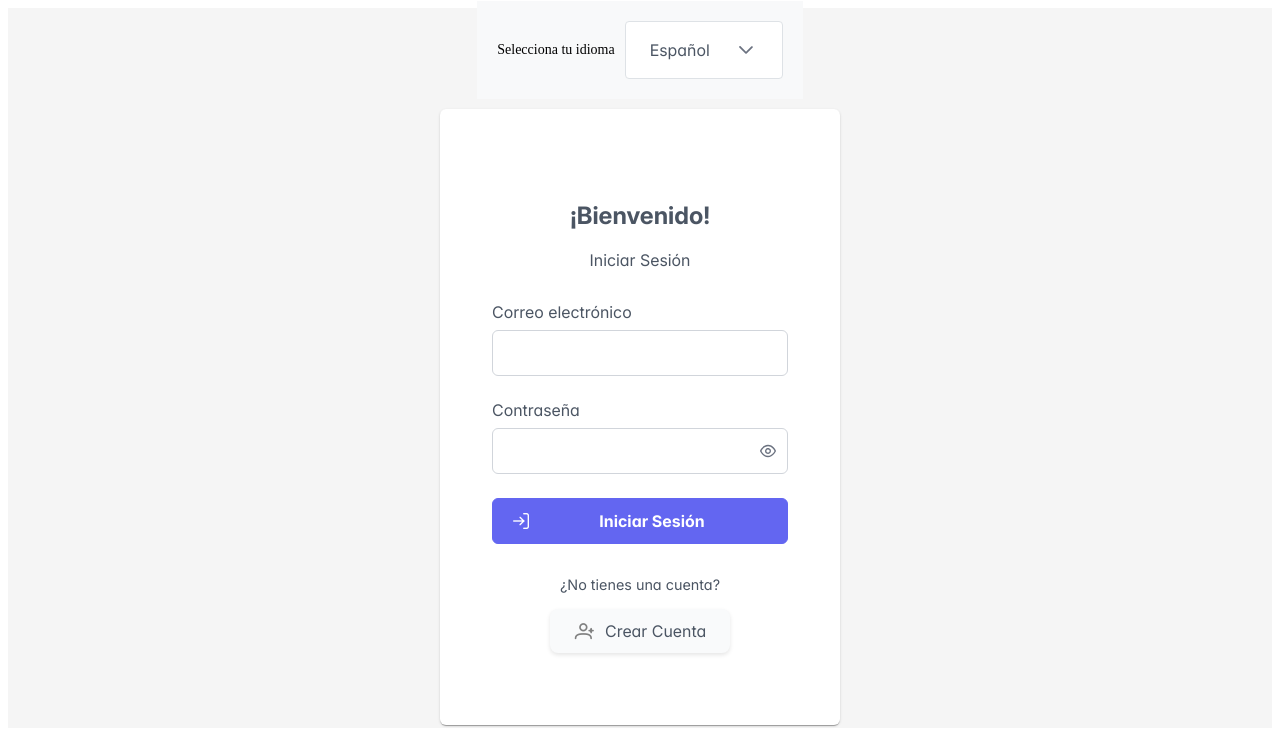
Repository: nder1996/Info_Colombia
Page: / (app in fronted/gestion-tareas/)
The author's editor kept a copy of each file at every save. The page is drawn from the files as they stood at one save, then again after a run of saves.
The browser window is 1280 px wide. The pictures show the whole page.
The project was rebuilt for these pictures with package versions that can differ from the ones it lists, and the page was loaded fresh each time. Also part of the build but not shown: fronted/gestion-tareas/src/routes/ProtectedRoute.tsx, fronted/gestion-tareas/src/components/gestion-tareas/GestionTareas.css, fronted/gestion-tareas/src/services/GestionTareasService.ts, fronted/gestion-tareas/src/services/SummaryServices.ts, fronted/gestion-tareas/src/services/UsuarioService.ts, fronted/gestion-tareas/src/services/WebSocketService.ts, fronted/gestion-tareas/src/hooks/useNotifications.ts, fronted/gestion-tareas/src/components/gestion-tareas/GestionTareas.tsx and 1 more.

Above is the page before, as saved 2025-02-24 03:09:34.

### fronted/gestion-tareas/src/index.css
.App {
  display: flex;
  justify-content: center;
  align-items: center;
  height: 100vh !important;
  width: 100% !important;
  background-color: #f5f5f5;
  padding: 0 !important;
  /*border:1px solid red !important;*/
  /* You can add more styles as needed */
}

### fronted/gestion-tareas/src/App.tsx
import React, { useRef } from 'react';
import { BrowserRouter } from 'react-router-dom';
import './App.css';
import AppRoutes from './routes/AppRoutes';
import useAuthStore from './store/auth/useAuthStore';
import './services/InterceptorAuth';
import { ToastProvider } from './context/ToastContext';

import "primereact/resources/themes/lara-light-indigo/theme.css";
import "primereact/resources/primereact.min.css";
import "primeicons/primeicons.css";
import { LanguageProvider } from './context/LanguageContext';



function App() {
  const auth = useAuthStore((state) => state.Auth)
  return (
    <ToastProvider>
      <LanguageProvider>
        <div className="App">
          <BrowserRouter>
            <AppRoutes />
          </BrowserRouter>
        </div>
      </LanguageProvider>
    </ToastProvider>
  );
}

export default App;

### fronted/gestion-tareas/src/App.css
@import "primereact/resources/themes/lara-light-indigo/theme.css";
@import "primereact/resources/primereact.min.css";
@import "primeicons/primeicons.css";

### fronted/gestion-tareas/src/routes/AppRoutes.tsx
import React from "react";
import { Routes, Route, Navigate } from "react-router-dom";
import ProtectedRoute from "./ProtectedRoute";
import useAuthStore from "../store/auth/useAuthStore";
import GestionTareas from "src/components/gestion-tareas/GestionTareas";
import InicioSession from "src/components/InicioSession/InicioSession";
import Registrarse from "src/components/Registrarse/Registrarse";

const AppRoutes: React.FC = () => {
  const auth = useAuthStore((state) => state.Auth);

  return (
    <Routes>
      <Route path="/login" element={<InicioSession />} />
      <Route path="/Registro" element={<Registrarse />} />

      {/* Agrupar rutas protegidas dentro de ProtectedRoute */}
      <Route element={<ProtectedRoute />}>
        <Route path="/GestionTareas" element={<GestionTareas />} />
      </Route>

      {/* Redirigir a login si no hay ruta válida */}

       <Route path="*" element={<Navigate to={auth.isAuthenticated ? "/GestionTareas" : "/login"} replace />} />
    </Routes>
  );
};

export default AppRoutes;

### fronted/gestion-tareas/src/store/auth/useAuthStore.ts
import { AuthService } from 'src/services/AuthService';
import { create } from 'zustand'

type AuthState = { Auth: { token: string | null ; isAuthenticated: boolean |null ; username:string | null } }

type AuthStateStoreActions = {
  setAuth: (nextAuth: AuthState['Auth']) => void
}

type AuthStore = AuthState & AuthStateStoreActions;

const useAuthStore = create<AuthStore>()((set) => ({
  Auth: AuthService.getInfoSession() || {
    token: null,
    isAuthenticated: false,
    username: null
  },
  setAuth: (nextAuth) => set({ Auth: nextAuth })
}));

export default useAuthStore;




//export default useAuthStore;

### fronted/gestion-tareas/src/services/InterceptorAuth.ts
import axios from 'axios';
import { AuthService } from './AuthService';

const InterceptorAuth = {
  usuario: axios.create({
    baseURL: 'http://localhost:8700/api/usuario'
  }),
  summary: axios.create({
    baseURL: 'http://localhost:8700/api/summary/'
  }),
  tarea: axios.create({
    baseURL: 'http://localhost:8700/api/tarea/'
  })
};

Object.values(InterceptorAuth).forEach(api => {
  api.interceptors.request.use(
    (config) => {
      const token = AuthService.getToken()?.replace(/"/g, '');
      if (token) {
        config.headers.Authorization = `Bearer ${token}`;
      }
      //console.log("se le agrego el token a la peticion: " + config.url+"  token "+config.headers.Authorization);
      return config;
    },
    (error) => Promise.reject(error)
  );

  api.interceptors.response.use(
    (response) => response,
    (error) => {
      if (error.response?.status !== 200 && error.response?.status !== 201) {
        AuthService.logout();
        window.location.href = '/login';
      }
      return Promise.reject(error);
    }
  );
});

export default InterceptorAuth;

### fronted/gestion-tareas/src/context/ToastContext.tsx
import { createContext, useContext, useRef } from 'react';
import { Toast } from 'primereact/toast';


interface ToastService {
    mostrarExito: (titulo: string, detalle?: string) => void;
    mostrarError: (titulo: string, detalle?: string) => void;
    mostrarInfo: (titulo: string, detalle?: string) => void;
    mostrarAdvertencia: (titulo: string, detalle?: string) => void;
}

const ToastContext = createContext<ToastService>({} as ToastService);

export const ToastProvider = ({ children }: { children: React.ReactNode }) => {
    const toast = useRef<Toast>(null);

    const mostrarExito = (titulo: string, detalle?: string) => {
        toast.current?.show({
            severity: 'success',
            summary: titulo,
            detail: detalle,
            life: 3000
        });
    };

    const mostrarError = (titulo: string, detalle?: string) => {
        toast.current?.show({
            severity: 'error',
            summary: titulo,
            detail: detalle,
            life: 5000
        });
    };

    const mostrarInfo = (titulo: string, detalle?: string) => {
        toast.current?.show({
            severity: 'info',
            summary: titulo,
            detail: detalle,
            life: 3000
        });
    };

    const mostrarAdvertencia = (titulo: string, detalle?: string) => {
        toast.current?.show({
            severity: 'warn',
            summary: titulo,
            detail: detalle,
            life: 4000
        });
    };

    return (
        <ToastContext.Provider value={{ mostrarExito, mostrarError, mostrarInfo, mostrarAdvertencia }}>
            <Toast ref={toast} position="top-right" />
            {children}
        </ToastContext.Provider>
    );
};

export const useToast = () => useContext(ToastContext);

### fronted/gestion-tareas/src/context/LanguageContext.tsx
import React, { createContext, useContext, useState } from 'react';
import { traducciones } from 'src/i18n/traducciones';
import { Language, ITranslations } from 'src/i18n/types';

interface LanguageContextType {
  language: Language;
  t: ITranslations;
  changeLanguage: (lang: Language) => void;
}

const LanguageContext = createContext<LanguageContextType>({} as LanguageContextType);

export const LanguageProvider = ({ children }: { children: React.ReactNode }) => {
  const [language, setLanguage] = useState<Language>('es');

  const changeLanguage = (lang: Language) => {
    setLanguage(lang);
  };

  const value = {
    language,
    t: traducciones[language],
    changeLanguage
  };

  return (
    <LanguageContext.Provider value={value}>
      {children}
    </LanguageContext.Provider>
  );
};



export const useLanguage = () => {
  const context = useContext(LanguageContext);
  if (!context) {
    throw new Error('useLanguage must be used within a LanguageProvider');
  }
  return context;
};

### fronted/gestion-tareas/src/components/InicioSession/InicioSession.tsx
import React, { useRef, useState } from 'react';
import './InicioSession.css';
import 'primereact/resources/themes/saga-blue/theme.css';
import 'primereact/resources/primereact.min.css';
import 'primeicons/primeicons.css';


import { Card } from 'primereact/card';
import { InputText } from 'primereact/inputtext';
import { Button } from 'primereact/button';
import { Toast } from 'primereact/toast';
import { useForm } from 'react-hook-form';
import { yupResolver } from '@hookform/resolvers/yup';
import * as yup from 'yup';
import { SesionServices } from 'src/services/SesionServices';
import useAuthStore from 'src/store/auth/useAuthStore';
import { Navigate, useNavigate } from 'react-router-dom';
import { setTimeout } from 'timers/promises';
import { AuthService } from 'src/services/AuthService';
import { Divider } from 'primereact/divider';
import { Password } from 'primereact/password';
import { useToast } from 'src/context/ToastContext';
import NavbarIdioma from '../navbar-idioma/navbar-idioma';
import { useLanguage } from 'src/context/LanguageContext';
import { traducciones } from 'src/i18n/traducciones';
import { Language } from 'src/i18n/types';



interface FormInputs {
  username: string;
  password: string;
}


const createValidationSchema = (t: typeof traducciones, language: Language) => yup.object({
  username: yup
    .string()
    .required(t[language].autenticacion.emailRequerido)
    .email(t[language].autenticacion.emailValido),
  password: yup
    .string()
    .required(t[language].autenticacion.contrasenaRequerida)
});

const InicioSession = () => {
  const [isLoading, setIsLoading] = useState(false);
  const setUseAuthState = useAuthStore((state) => state.setAuth);
  const Auth = useAuthStore((state) => state.Auth);
  const navigate = useNavigate();
  const { mostrarExito, mostrarError } = useToast();
  const { language } = useLanguage();
  const texts = traducciones[language].autenticacion;
  const schema = createValidationSchema(traducciones, language);

  const { register, handleSubmit, formState: { errors } } = useForm<FormInputs>({
    resolver: yupResolver(schema)
  });

  const onSubmit = async (data: FormInputs) => {
    try {
      setIsLoading(true);
      await SesionServices.login(data.username, data.password);
      const token = AuthService.getToken();
      if (!token || token.trim() === "") {
        mostrarError('Error', 'Usuario o contraseña inválidos');
        return;
      }
      setIsLoading(false);
      setUseAuthState({
        token: token,
        isAuthenticated: true,
        username: data.username
      });
      mostrarExito('¡Bienvenido!', `Bienvenido ${data.username}`);
    } catch (error: any) {
      mostrarError('Error', 'Error al procesar el inicio de sesión');
    }
  };



  if (Auth.isAuthenticated) {
    return <Navigate to="/GestionTareas" />;
  }

  function setValue(arg0: string, value: string): void {
    throw new Error('Function not implemented.');
  }

  return (
    <div className="login-container">
      <NavbarIdioma></NavbarIdioma>
      <Card className="login-card">
        <div className="login-header">
        <h2>{texts.bienvenido}</h2>
        <p>{texts.iniciarSesion}</p>
        </div>
        <form onSubmit={handleSubmit(onSubmit)} className="p-fluid form-inicio">
          <div className="field">
            <label>{texts.correo}</label>
            <InputText
              {...register('username')}
              className={errors.username ? 'p-invalid' : ''}
              onChange={(e) => setValue('username', e.target.value)}
            />
            {errors.username && (
              <p className="p-error">{errors.username.message}</p>
            )}
          </div>

          <div className="field">
            <label>{texts.contrasena}</label>
            <Password
              {...register('password')}
              className={errors.password ? 'p-invalid' : ''}
              onChange={(e) => setValue('password', e.target.value)}
              feedback={false}
              toggleMask
            />
              {errors.password && (
              <small className="p-error">{errors.password.message}</small>
            )}
          </div>
          <Button
            type="submit"
            label={isLoading ? 'Iniciando sesión...' : 'Iniciar Sesión'}
            icon={isLoading ? 'pi pi-spinner pi-spin' : 'pi pi-sign-in'}
          />
        </form>
        <div className="register-section">
          <p className="register-text">{texts.noTienesCuenta}</p>
          <a className="register-link" onClick={() => navigate('/registro')}>
            <i className="pi pi-user-plus register-icon" />
            <span>{texts.crearCuenta}</span>
          </a>
        </div>
      </Card>

    </div>
  );
};

export default InicioSession;

### fronted/gestion-tareas/src/services/AuthService.ts
import useAuthStore from 'src/store/auth/useAuthStore';
import { create } from 'zustand';
import { LocalStarogeService } from './LocalStorageService';



export interface AuthData {
  token: string | null;
  isAuthenticated: boolean | null;
  username: string | null;
}


 export class AuthService {

  static saveToken(auth: AuthData) {
    LocalStarogeService.save('authToken', JSON.stringify(auth));
  }

  static getToken(): string {
    const authData = JSON.parse(LocalStarogeService.get('authToken') || "") ;
    return authData.token || '';
  }

  static getInfoSession(): AuthData {
    try {
      const session = LocalStarogeService.get('authToken');
      if (!session || typeof session !== 'string') {
        return { token: '', isAuthenticated: false, username: '' };
      }
      const parsed = JSON.parse(session) as AuthData;
      return parsed;
    } catch {
      return { token: '', isAuthenticated: false, username: '' };
    }
  }
  static isAuthenticated(): boolean {
    return !!this.getToken();
  }

  static logout(): void {
    localStorage.removeItem('authToken');
    //useAuthStore.getState().clearAuth();
  }

  static getAuthHeader() {
    const token = this.getToken()?.replace(/"/g, '');
    return token ? { Authorization: `Bearer ${token}` } : {};
  }
}

### fronted/gestion-tareas/src/components/InicioSession/InicioSession.css
.login-container {
  display: flex;
  justify-content: center;
  align-items: center;
  flex-direction: column !important;
  min-height: 100vh;
  padding: 0 !important;
  margin: 0 !important;
}

.login-card {
  width: 550px !important;
  padding: 5px;
  margin: 10px !important;
}

.login-header {
  text-align: center;
  margin-bottom: 2rem;
}

.form-inicio {
  display: flex;
  flex-direction: column;
  gap: 1.5rem;
}

.field {
  display: flex;
  flex-direction: column;
  gap: 0.5rem;
}

.register-section {
  margin-top: 2rem;
  text-align: center;
 }

 .register-link {
  display: inline-flex;
  align-items: center;
  gap: 0.75rem;
  padding: 0.75rem 1.5rem;
  border-radius: 8px;
  background: var(--surface-50);
  transition: all 0.2s ease;
  box-shadow: 0 2px 4px rgba(0,0,0,0.1);
  cursor: pointer !important;
 }

 .register-link:hover {
  background: var(--surface-100);
  transform: translateY(-2px);
  box-shadow: 0 4px 8px rgba(0,0,0,0.15);
 }

 .register-icon {
  color: grey;
  font-size: 1.2rem;
 }

 .register-text {
  font-size: 0.9rem;
  color: var(--text-color);
  margin-bottom: 1rem;
 }

 .login-container {
  display: flex;
  flex-direction: column;
  min-height: 100vh;
}

.login-card {
  margin: auto;
  width: 100%;
  max-width: 400px;
  padding: 2rem;
}


.navbar-idioma {
  width: 100%;
  padding: 1rem;
}

### fronted/gestion-tareas/src/services/SesionServices.ts
import axios from "axios";
import { AuthData, AuthService } from "./AuthService";
import { LocalStarogeService } from "./LocalStorageService";
import { ApiResponse } from "src/models/ApiResponse";



export interface usuarioRegister {
    id: number;
    nombre: string;
    email: string;
    password: string;
}
export class SesionServices  {
    private static readonly baseUrl = 'http://localhost:8700/api/auth';


    public static async login(username: string, password: string): Promise<void> {
        try {
            const response = await axios.post(`${this.baseUrl}/login`, {
                username,
                password
            });

            const token = response.data.token;
            const authData: AuthData = {
                token: token,
                username: username,
                isAuthenticated: true
            };

            AuthService.saveToken(authData);
        } catch (error) {
            console.error('Login failed:', error);
            throw error;
        }
    }

    public static async registre(user: usuarioRegister): Promise<ApiResponse<string>> {
        try {
            const response = await axios.post(`${this.baseUrl}/register`, user);
            return response.data;
        } catch (error) {
            console.error('Login failed:', error);
            throw error;
        }
    }


}

### fronted/gestion-tareas/src/components/navbar-idioma/navbar-idioma.tsx
import { Dropdown } from 'primereact/dropdown';
import { useLanguage } from "src/context/LanguageContext";
import { Language } from "src/i18n/types";

const NavbarIdioma = () => {
  const { language, changeLanguage } = useLanguage();

  const options = [
    { label: 'Español', value: 'es' as Language },
    { label: 'English', value: 'en' as Language }
  ];

  return (
    <div style={{
      display: 'flex',
      justifyContent: 'center',
      backgroundColor: '#f8f9fa',
      padding: '20px'
    }}>
      <div style={{
        display: 'flex',
        alignItems: 'center',
        gap: '10px'
      }}>
        <span style={{
          fontSize: '14px',
          color: '#000'
        }}>Selecciona tu idioma</span>
        <Dropdown
          value={language}
          options={options}
          onChange={(e) => changeLanguage(e.value)}
          style={{
            minWidth: '120px',
            borderRadius: '4px',
            border: '1px solid #dee2e6',
            padding: '6px 12px'
          }}
        />
      </div>
    </div>
  );
};

export default NavbarIdioma;

### fronted/gestion-tareas/src/components/Registrarse/Registrarse.css
.auth-container {
  display: flex;
  justify-content: center;
  align-items: center;
  min-height: 100vh;
  background: linear-gradient(135deg, #f6f7fb 0%, #f0f2f7 100%);
  padding: 20px;
  width: 100%;
}

.auth-card {
  background: white;
  padding: 2.5rem;
  border-radius: 16px;
  width: 100%;
  max-width: 450px;
  box-shadow: 0 10px 25px rgba(0, 0, 0, 0.05);
}

.auth-header {
  text-align: center;
  margin-bottom: 2.8rem;
}

.auth-header h2 {
  color: #2d3748;
  font-size: 1.875rem;
  font-weight: 600;
  margin-bottom: 0.5rem;
}

.auth-header p {
  color: #718096;
  font-size: 0.95rem;
}

.auth-form {
  display: flex;
  flex-direction: column;
  gap: 2.5rem;
}

.form-group {
  position: relative;
}

.form-input {
  width: 100% !important;
  padding: 1rem !important;
  border: 1px solid #e2e8f0 !important;
  border-radius: 10px !important;
  background: #f8fafc !important;
  transition: all 0.3s ease !important;


  /*margin-top: 1rem !important;*/
}

.form-input:hover {
  background: #fff !important;
  border-color: #cbd5e1 !important;
}

.form-input:focus {
  background: #fff !important;
  border-color: #3b82f6 !important;
  box-shadow: 0 0 0 3px rgba(59, 130, 246, 0.1) !important;
}

.p-float-label {
  /*display: block;*/
}

.p-float-label label {
  background: transparent !important;
  color: #64748b !important;
  font-size: 0.875rem !important;
}

/*.p-float-label input:focus ~ label,
.p-float-label input.p-filled ~ label {
  transform: translateY(-1.5rem) scale(0.85) !important;
  color: #3b82f6 !important;
}*/

.p-password {
  width: 100% !important;
}

.p-password-input {
  width: 100% !important;
}

.table-cell {
  text-align: center;
}

.table-header {
  text-align: center;
}

/* Para centrar verticalmente también */
.table-cell, .table-header {
  vertical-align: middle;
}

### fronted/gestion-tareas/src/services/localStorageService.ts
export class LocalStarogeService{


  public static save(key: string, value: any): void {
    try {
      const serializedValue = JSON.stringify(value);
      localStorage.setItem(key, serializedValue);
    } catch (error) {
      console.error('Error saving to localStorage:', error);
    }
  }



  public static get<T>(key: string, defaultValue: T | null = null): T | null {
    try {
      const item = localStorage.getItem(key);
      return item ? JSON.parse(item) : defaultValue;
    } catch (error) {
      console.error('Error retrieving from localStorage:', error);
      return defaultValue;
    }
  }



  public static remove(key: string): void {
    try {
      localStorage.removeItem(key);
    } catch (error) {
      console.error('Error removing from localStorage:', error);
    }
  }


  public static exists(key: string): boolean {
    return localStorage.getItem(key) !== null;
  }


  public static clear(): void {
    try {
      localStorage.clear();
    } catch (error) {
      console.error('Error clearing localStorage:', error);
    }
  }


  public static update(key: string, value: any): void {
    try {
      const existingValue = this.get(key, {});
      const updatedValue = { ...existingValue, ...value };
      this.save(key, updatedValue);
    } catch (error) {
      console.error('Error updating localStorage:', error);
    }
  }


  public static getAllKeys(): string[] {
    const keys: string[] = [];
    for (let i = 0; i < localStorage.length; i++) {
      const key = localStorage.key(i);
      if (key) {
        keys.push(key);
      }
    }
    return keys;
  }
}

Loaded but not shown: fronted/gestion-tareas/public/index.html (common file); fronted/gestion-tareas/src/index.js (common file); fronted/gestion-tareas/src/reportWebVitals.js (common file); fronted/gestion-tareas/src/i18n/traducciones.ts (164 lines, source omitted)

After the next 3 saves:
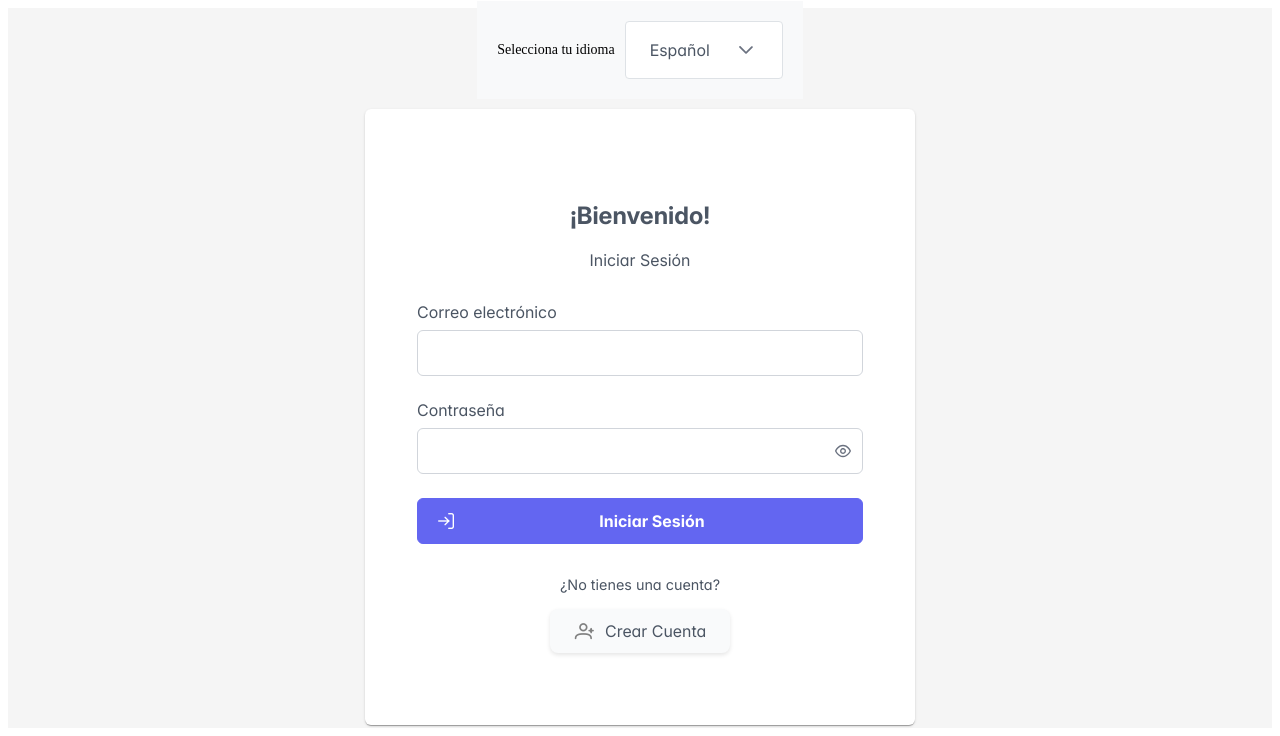
The 3 saves are shown as one change because they came seconds apart.
The last was saved 98 s later.
--- a/fronted/gestion-tareas/src/components/InicioSession/InicioSession.css
+++ b/fronted/gestion-tareas/src/components/InicioSession/InicioSession.css
@@ -74,7 +74,7 @@
 .login-card {
   margin: auto;
   width: 100%;
-  max-width: 400px;
+  width: 550px;
   padding: 2rem;
 }
 
